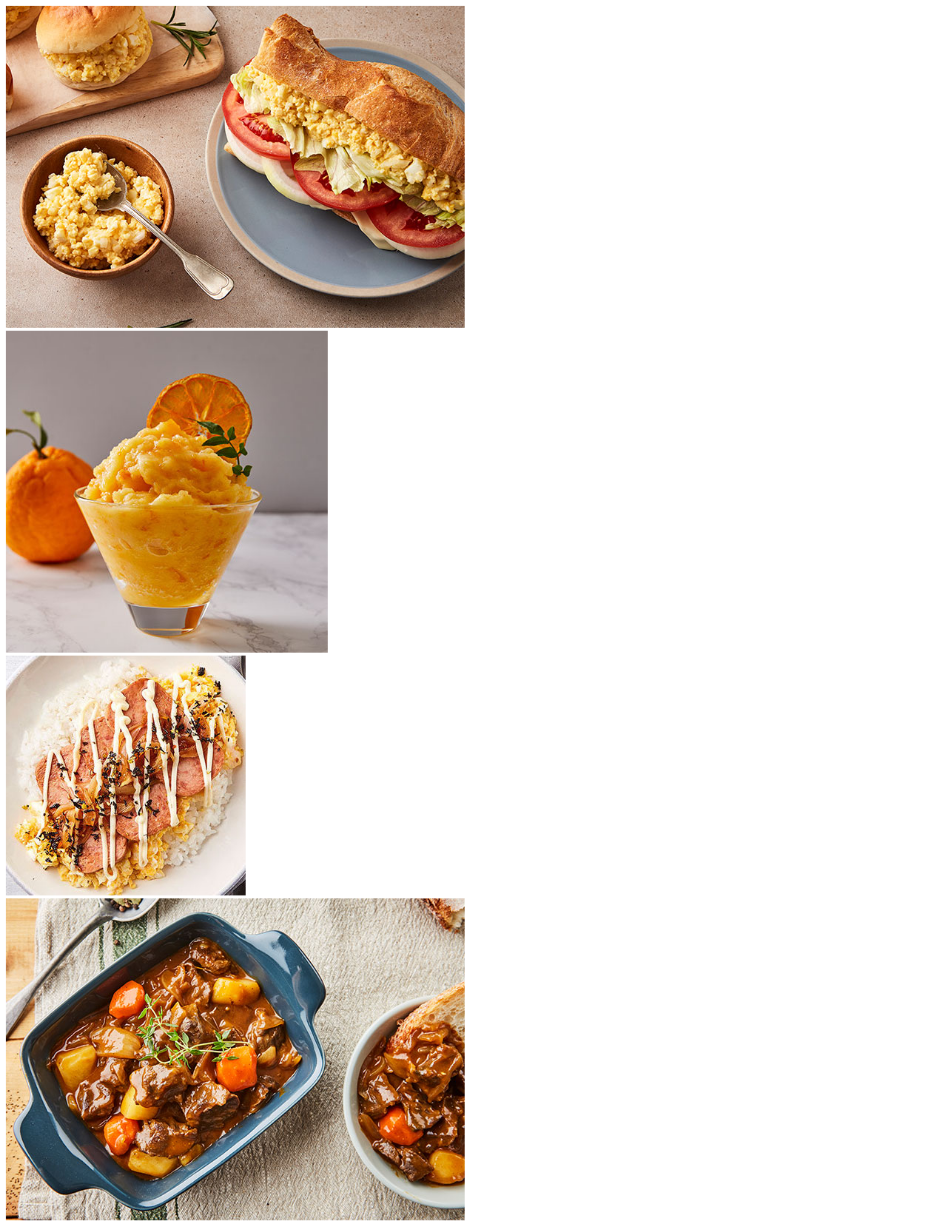
Repository: kimyoda/HomePratice
Page: Javawork/javascript/src/main/webapp/pratice/ex_2transform.html
An editor plug-in stored every save of this project. The page is shown before and after the next save, followed by the edit.
The browser window is 1280 px wide. The pictures show the whole page, at 74% of full size.
Some web fonts or font styles are not loaded; a fallback is used.

Above is the page before, as saved 2023-09-27 14:48:50.

### Javawork/javascript/src/main/webapp/pratice/ex_2transform.html
<!DOCTYPE html>
<html>

<head>
	<meta charset="UTF-8">
	<title>Insert title here</title>
	<link
		href="https://fonts.googleapis.com/css2?family=Gamja+Flower&family=Jua&family=Lobster&family=Nanum+Pen+Script&family=Permanent+Marker&family=Single+Day&display=swap"
		rel="stylesheet">
	<style>
		body * {
			font-family: 'Jua';
		}
	</style>
	<script>
		window.onload = function () {

		}
	</script>
</head>

<body>
	<div id="img1" class="a">
		<img src="../food/1.jpg">
	</div>
	<div id="img2" class="a">
		<img src="../food/11.jpg">
	</div>
	<div id="img3" class="a">
		<img src="../food/10.jpg">
	</div>
	<div id="img4" class="a">
		<img src="../food/4.jpg">
	</div>
</body>

</html>

After the next save:
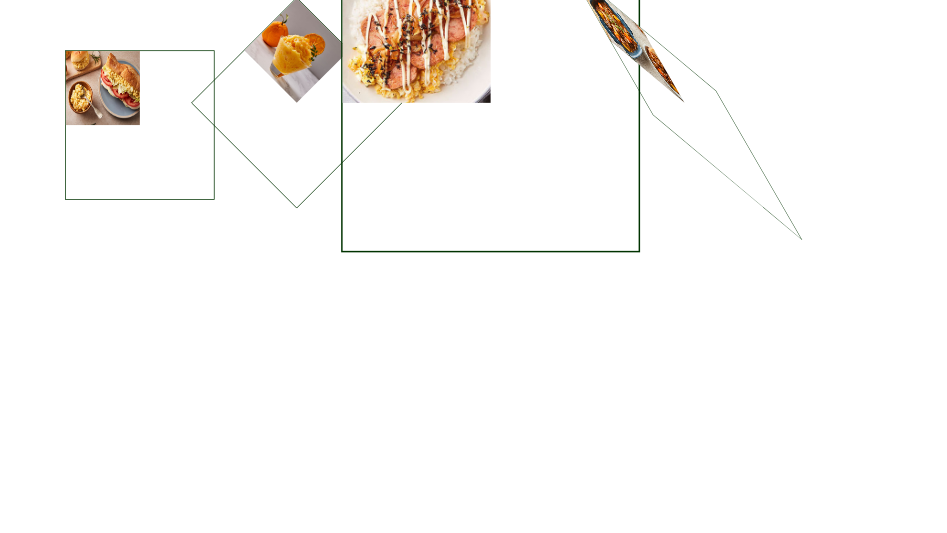
Saved 3 min 59 s later.
--- a/Javawork/javascript/src/main/webapp/pratice/ex_2transform.html
+++ b/Javawork/javascript/src/main/webapp/pratice/ex_2transform.html
@@ -10,6 +10,38 @@
 	<style>
 		body * {
 			font-family: 'Jua';
+		}
+
+		div {
+			border: 1px solid #030;
+			width: 200px;
+			height: 200px;
+			float: left;/*가로방향 정렬*/
+			margin: 30px;
+		}
+
+		div.a img {
+			width: 100px;
+			height: 100px;
+		}
+
+		#img1 {
+			transfrom: translate(50px, 30px);
+			-webkit-transform: translate(50px, 30px);
+			-o-transform: translate(50px, 30px);
+			-moz-transform: translate(50px, 30px);
+		}
+
+		#img2 {
+			transform: rotate(45deg);
+		}
+
+		#img3{
+			transform: scale(2);
+		}
+
+		#img4{
+			transform: skew(30deg, 40deg);
 		}
 	</style>
 	<script>
